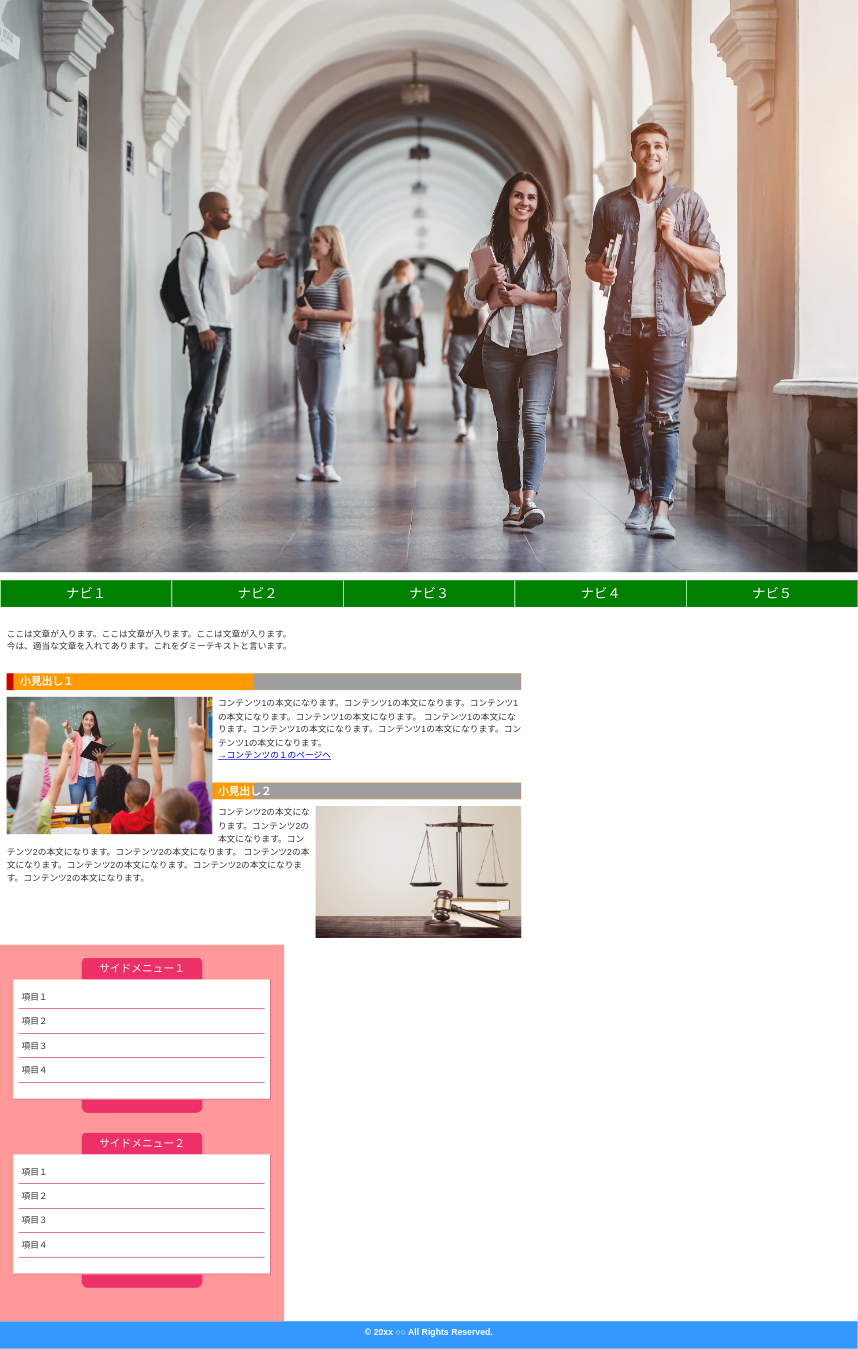
Repository: k-s-k119/samurai_HTML-CSS
Page: index.html
The author's editor kept a record of every edit. The page is drawn from the files as they stood at one moment, then again after the next edit.
The browser window is 1280 px wide. The pictures show the whole page, at 67% of full size.
Pictures or frames that could not be fetched are drawn as grey boxes.

Above is the page before.

### index.html
<!DOCTYPE html>
<html lang="ja">
  <head>
    <meta charset="UTF-8">
    <title>HTML/CSSの学習</title>
    <link rel="stylesheet" href="stylesheet.css">
  </head>
  <body>
    <div id="header">
      <h1>
        <a href="index.html">
          <img id="corridor" src="images/corridor.jpg" alt="大学の廊下" />
        </a>
      </h1>
    </div>
    <div id="wrapper">
      <div id="nav">
        <ul>
          <li><a href="home.html">ナビ１</a></li>
          <li><a href="#">ナビ２</a></li>
          <li><a href="#">ナビ３</a></li>
          <li><a href="#">ナビ４</a></li>
          <li><a href="#">ナビ５</a></li>
        </ul>
      </div>
      <div id="container">
        <div id="main">
          <div class="post">
            <p>ここは文章が入ります。ここは文章が入ります。ここは文章が入ります。<br />今は、適当な文章を入れてあります。これをダミーテキストと言います。</p>
          </div>
          <div class="post clearfix">
            <h2>小見出し１</h2>
            <img class="left" src="images/classroom.jpg" alt="授業風景" />
            <p>
              コンテンツ1の本文になります。コンテンツ1の本文になります。コンテンツ1の本文になります。コンテンツ1の本文になります。
              コンテンツ1の本文になります。コンテンツ1の本文になります。コンテンツ1の本文になります。コンテンツ1の本文になります。
            </p>
            <p><a href="#">→コンテンツの１のページへ</a></p>
          </div>
          <div class="post clearfix">
            <h2>小見出し２</h2>
            <img class="right" src="images/scale.jpg" alt="天秤" />
            <p>
              コンテンツ2の本文になります。コンテンツ2の本文になります。コンテンツ2の本文になります。コンテンツ2の本文になります。
              コンテンツ2の本文になります。コンテンツ2の本文になります。コンテンツ2の本文になります。コンテンツ2の本文になります。
            </p>
          </div>
        </div>
        <div id="side">
          <div class="box">
            <h2>サイドメニュー１</h2>
            <div class="boxBody">
              <ul>
                <li>項目１</li>
                <li>項目２</li>
                <li>項目３</li>
                <li>項目４</li>
              </ul>
            </div>
          </div>
          <div class="box">
            <h2>サイドメニュー２</h2>
            <div class="boxBody">
              <ul>
                <li>項目１</li>
                <li>項目２</li>
                <li>項目３</li>
                <li>項目４</li>
              </ul>
            </div>
          </div>
        </div>
      </div>
    </div>
    <div id="footer">
      <p>&copy; 20xx ○○ All Rights Reserved.</p>
    </div>
  </body>
</html>

### stylesheet.css
@charset "utf-8";

body {
		margin: 0;
		padding: 0;
		font-family: "ヒラギノ角ゴ Pro W3", "Hiragino Kaku Gothic Pro", "メイリオ", Meiryo, Osaka, "ＭＳ Ｐゴシック", "MS PGothic", sans-serif;
		color: #333;
		font-size: 13px;
		line-height: 150%;
}

#wrapper {
		width: 100%;
		margin: auto;
		padding: 0px;
		border: 0px;
		background-color: #FFF;
		top: 10px;
		position: relative;
}
#header {
		width: 100%;
}
#header {
		margin: 0;
		padding: 0;
}

h1 {
		margin: 0px;
}
#corridor {
		width: 100%;
		height: auto;
}

#footer {
		clear: both;
		width: 100%;
		padding: 3px 0 3px 0;
		background: #39F;
		color: #FFF;
		font-weight: bold;
		text-align: center;
}

#nav {
		width: 100%;
}
#nav ul {
		display: flex;
		margin: 0;
		padding: 0;
		list-style-type: none;
}
#nav ul li {
		width: 20%;
		text-align: center;
}
#nav ul li a {
		display: block;
		height: 20px;
		margin: 0;
		padding: 10px;
		color: #FFF;
		font-size: 20px;
		text-decoration: none;
		background-color: green;
	border-left: 1px solid white;
}

#nav ul li a:hover {
		filter: drop-shadow(10px 10px 10px black);
}

#container {
		width: 100%;
		margin: auto;
		padding: auto;
		padding-top: 20px;
		clear: both;
		display: grid;
		grid-template-column
}
#main {
		float: left;
		width: 60%;
		padding: 10px 30px 10px 10px;
}
#main h2 {
		margin: 0 0 10px 0;
		padding: 3px 10px 3px 10px;
		color: #FFF;
		font-size: 16px;
		border-left: solid 10px #C00;
		background: #F90 url(../images/main_h2.jpg) right top repeat-y;

}
#main p {
		margin: 0;
		padding: 0;
}
#main .post {
		margin: 0 0 30px 0;
}
#main .post img.right {
		margin: 0 0 0 8px;
}
#main .post img.left {
		margin: 0 8px 0 0;
}
.right {
		float: right;
		width: 40%;
		height: auto;
}
.left {
		float: left;
		width: 40%;
		height: auto;
}
.clearfix {
		zoom: 1;
}
.clearfix: after {
		content: "";
		display: block;
		clear: both;
}
#side {
		float: right;
		width: 30%;
		padding: 20px;
		background-color: #F99;
}
#side .box {
		margin: 0 auto 30px auto;
		padding: 0 0 20px 0;
		background: url(images/side_box.png) bottom no-repeat;
}
#side .box h2 {
		margin: 0;
		padding: 8px;
		text-align: center;
		color: #fff;
		font-size: 16px;
		line-height: 16px;
		font-weight: normal;
		background: url(images/side_box_h2.png) center no-repeat;
}
#side .box .boxBody {
		padding: 8px;
		border-right: solid 1px #C36;
		border-bottom: solid 1px #C36;
		border-lift: solid 1px #C36;
		background: #fff;
}
#side .box .boxBody ul {
		margin: 0 0 16px 0;
		padding: 0;
}
#side .box .boxBody ul li {
		padding: 8px 0 8px 4px;
		list-style: none;
		border-bottom: solid 1px #C36;
}

#side .box .boxBody ul li:hover {
		padding: 8px 0 8px 4px;
		list-style: none;
		border-bottom: solid 1px #C36;
		box-shadow: 0px 4px 4px rgba(0, 0, 0, 0.3);
}

After the next edit:
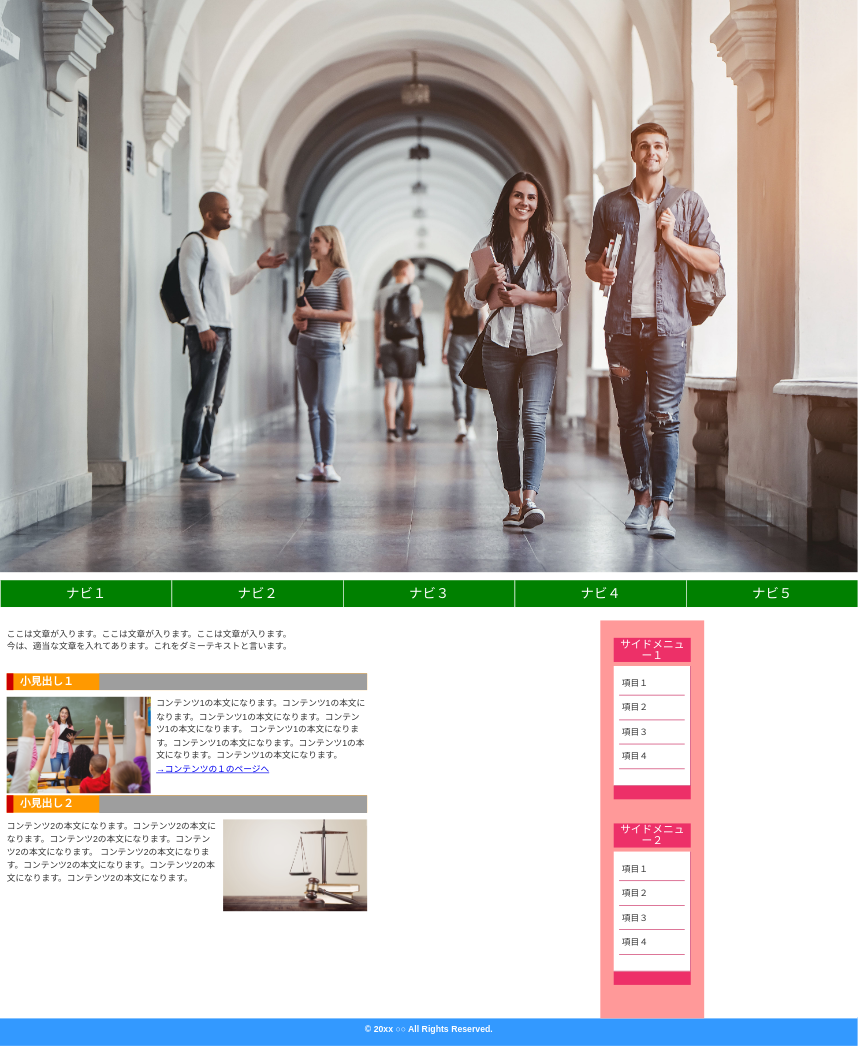
The edit:
--- a/stylesheet.css
+++ b/stylesheet.css
@@ -80,7 +80,7 @@
 		padding-top: 20px;
 		clear: both;
 		display: grid;
-		grid-template-column
+		grid-template-columns: 70vw 30vw;
 }
 #main {
 		float: left;
